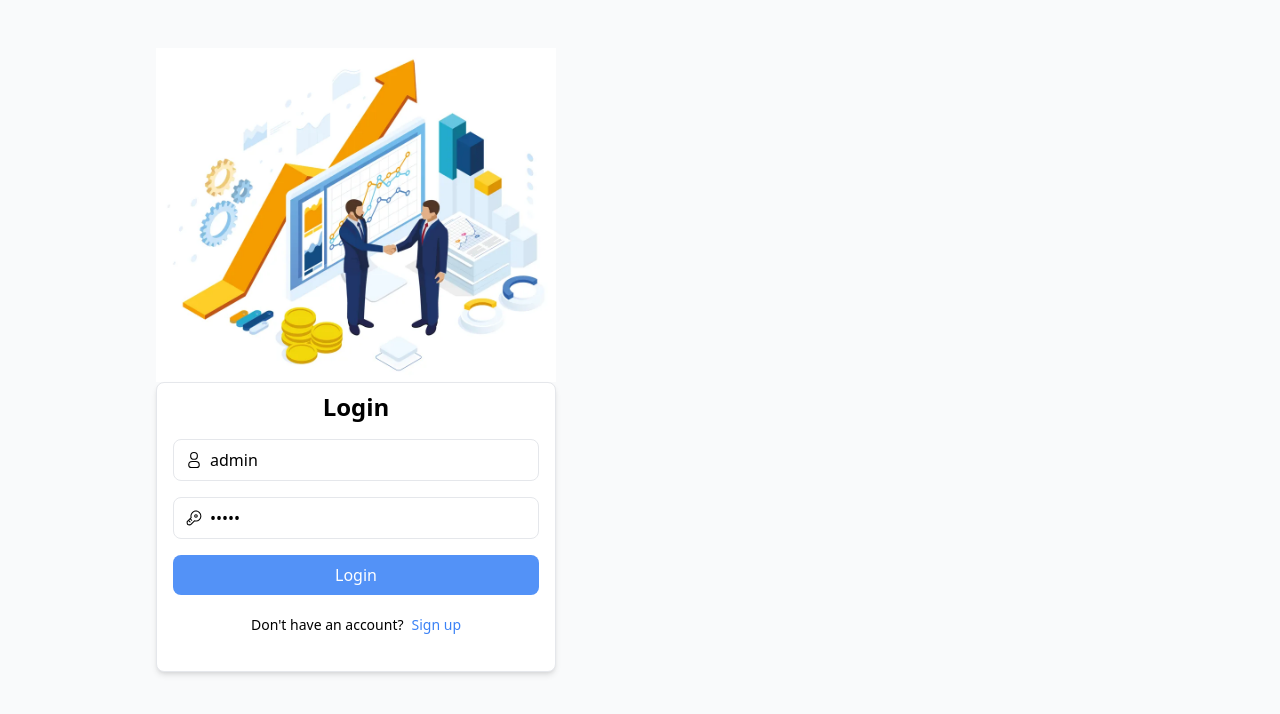
Repository: Fortivera/yourestate
Page: /
The author's editor kept a copy of each file at every save. The page is drawn from the files as they stood at one save, then again after the next save.
The browser window is 1280 px wide. The pictures show the whole page.
The project was rebuilt for these pictures with package versions that can differ from the ones it lists, and the page was loaded fresh each time. The framework's server and built-in components were replaced by stand-ins that run in the browser. Also part of the build but not shown: next.config.js.

Above is the page before, as saved 2023-11-02 11:03:56.

After the next save:
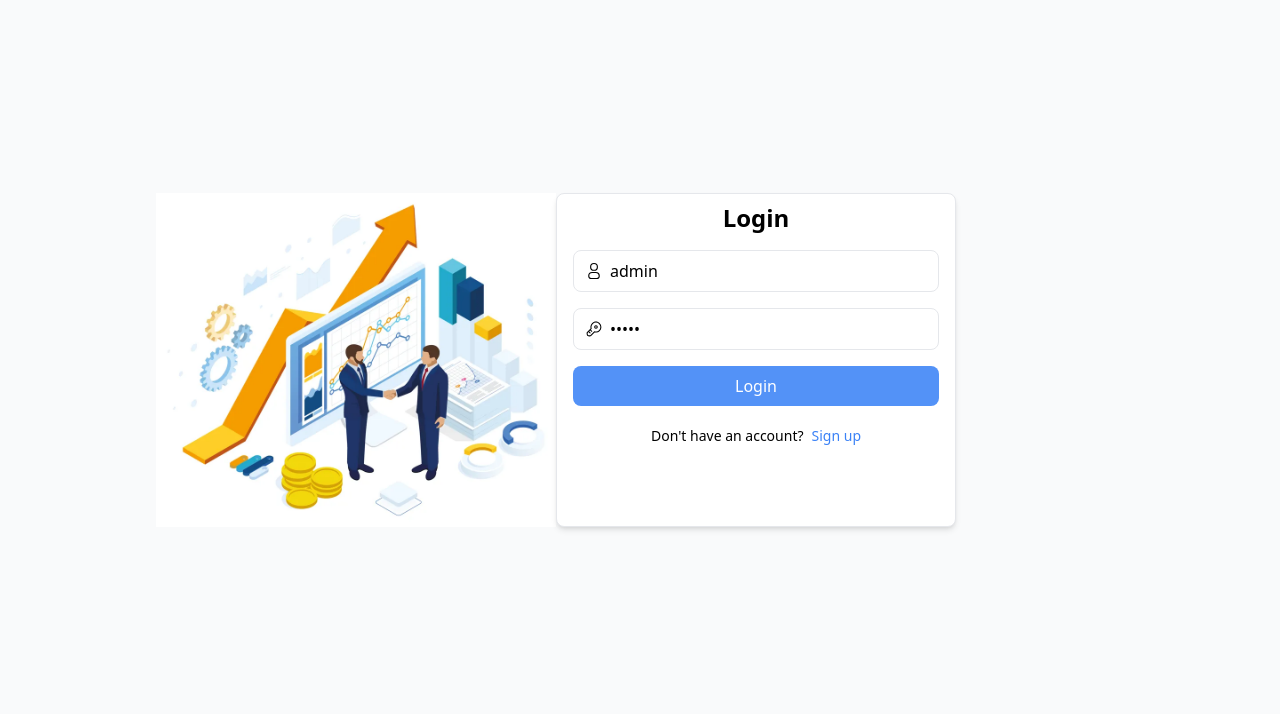
Saved 2 min 23 s later.
--- a/src/app/page.tsx
+++ b/src/app/page.tsx
@@ -7,7 +7,7 @@
   return (
     <div className="min-h-screen bg-gray-50 flex items-center justify-center">
       <div className="ml-auto mr-auto w-full px-4 py-10 tablet:w-[540px] laptop:w-[1000px]">
-        <div className="flex flex-row tablet:flex-col">
+        <div className="flex laptop:flex-row tablet:flex-col">
           <figure className="w-full tablet:w-[300px] laptop:w-[400px]">
             <Image src="/static/growth.jpg" alt="login page picture" layout="responsive" width={400} height={800} />
           </figure>
@@ -41,5 +41,5 @@
         </div>
       </div>
     </div>
-  );
+  )
 }

After the save that followed:
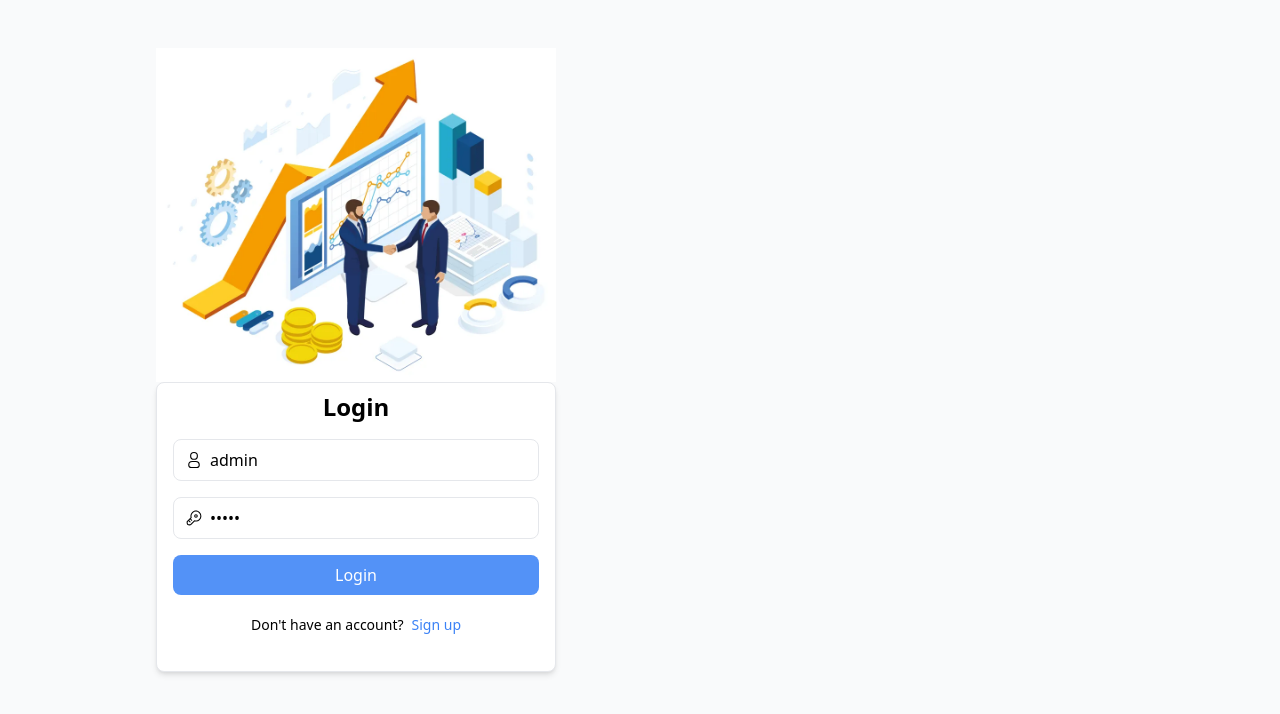
Saved 9 s later.
--- a/src/app/page.tsx
+++ b/src/app/page.tsx
@@ -7,7 +7,7 @@
   return (
     <div className="min-h-screen bg-gray-50 flex items-center justify-center">
       <div className="ml-auto mr-auto w-full px-4 py-10 tablet:w-[540px] laptop:w-[1000px]">
-        <div className="flex laptop:flex-row tablet:flex-col">
+        <div className="laptop:flex-row tablet:flex-col">
           <figure className="w-full tablet:w-[300px] laptop:w-[400px]">
             <Image src="/static/growth.jpg" alt="login page picture" layout="responsive" width={400} height={800} />
           </figure>
